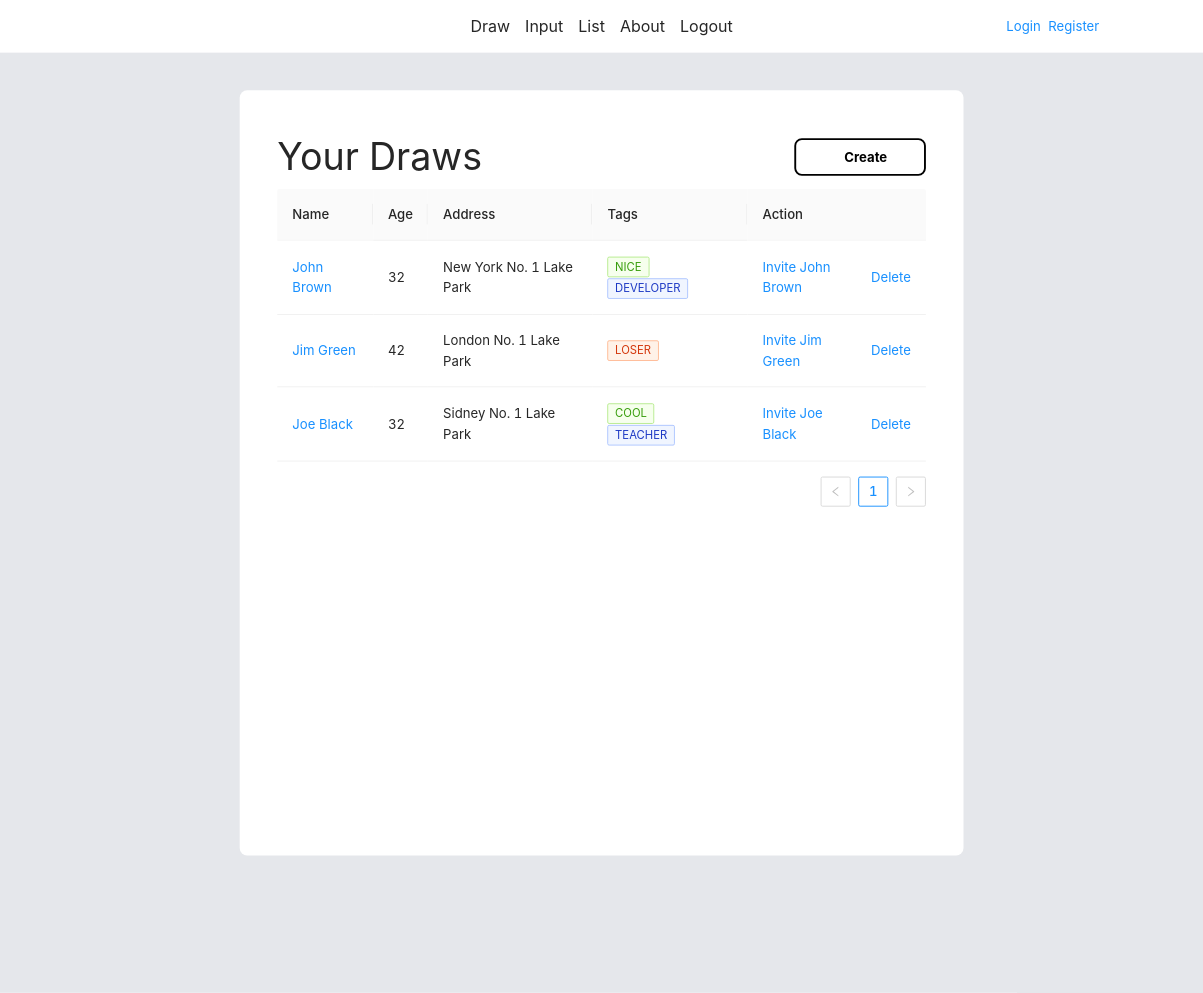
Repository: truongnguyenuit/DrawApp
Page: /draw/list (app in client/)
The author's editor kept a copy of each file at every save. The page is drawn from the files as they stood at one save, then again after the next save.
The browser window is 1280 px wide. The pictures show the whole page, at 94% of full size.
The page's requests for data from a server got no answer. The project was rebuilt for these pictures with package versions that can differ from the ones it lists, and the page was loaded fresh each time. The framework's server and built-in components were replaced by stand-ins that run in the browser. No one was signed in, and anything a server would have sent is missing. Also part of the build but not shown: client/next.config.js.

Above is the page before, as saved 2022-08-20 17:03:15.

After the next save:
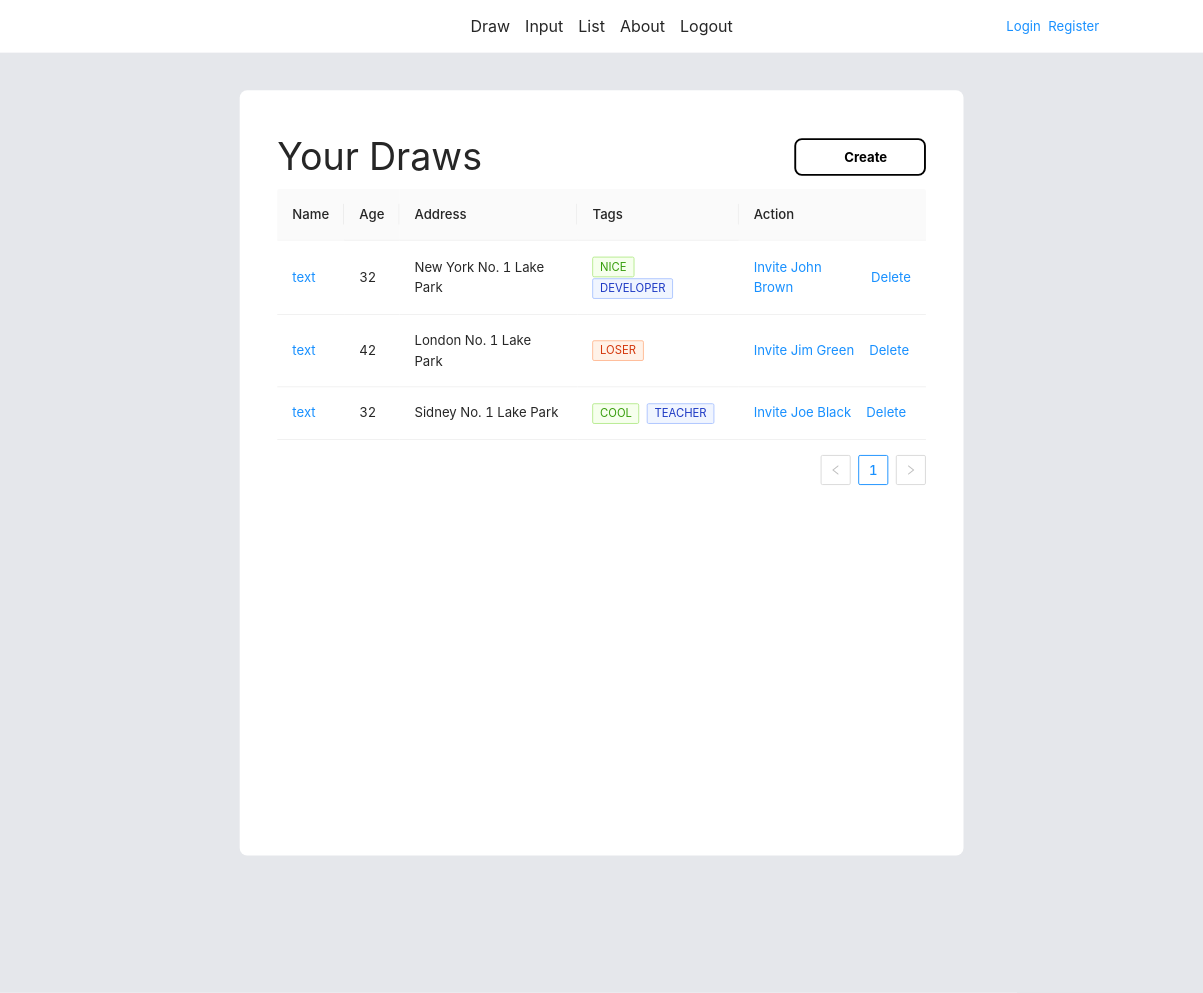
Saved 21 s later.
--- a/client/pages/draw/list.js
+++ b/client/pages/draw/list.js
@@ -6,7 +6,7 @@
     title: 'Name',
     dataIndex: 'name',
     key: 'name',
-    render: (text) => <a>{text}</a>,
+    render: (text) => <a>{'text'}</a>,
   },
   {
     title: 'Age',

After the 2 saves that followed:
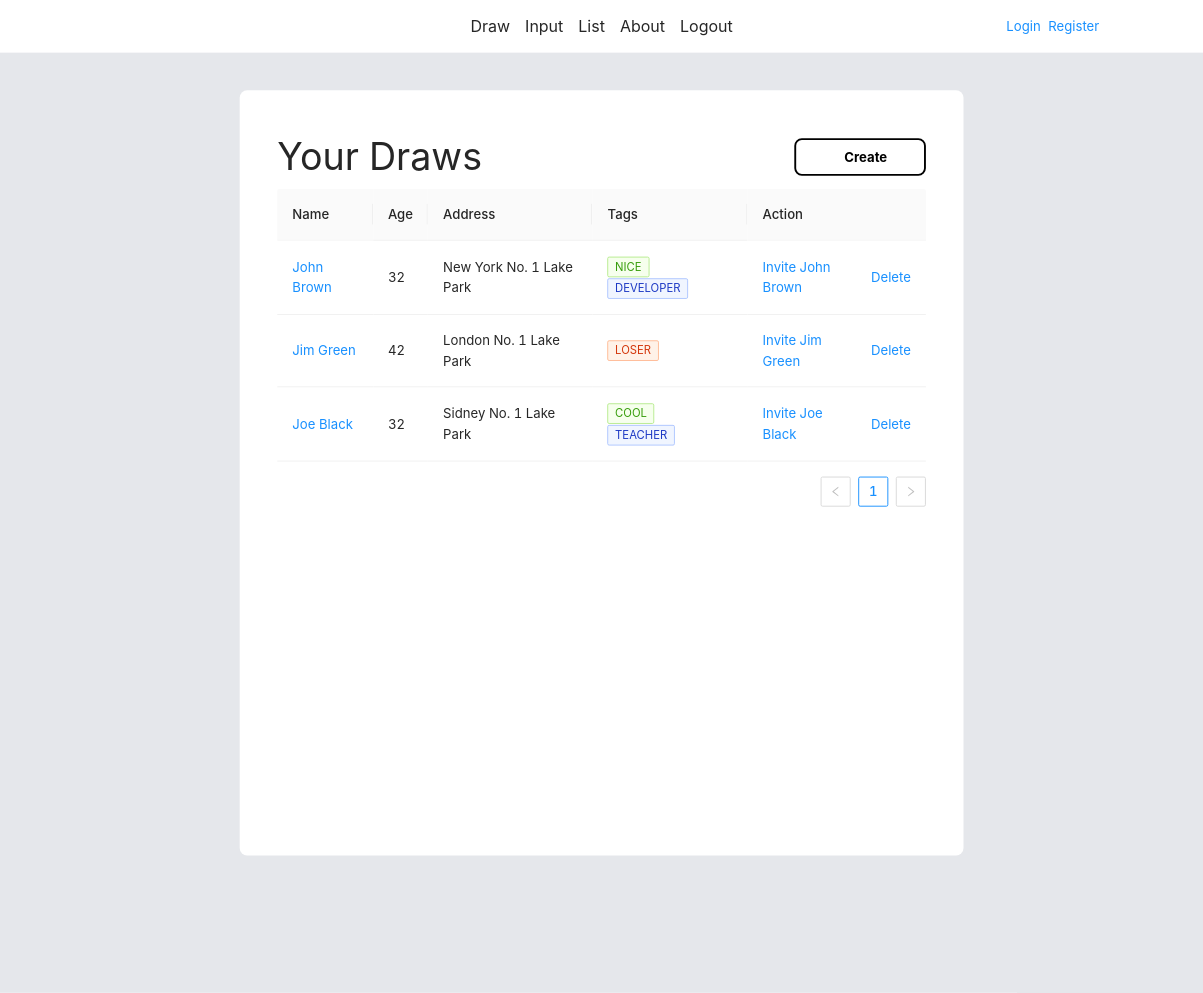
The 2 saves are shown as one change because they came seconds apart.
The last was saved 14 s later.
--- a/client/pages/draw/list.js
+++ b/client/pages/draw/list.js
@@ -6,7 +6,7 @@
     title: 'Name',
     dataIndex: 'name',
     key: 'name',
-    render: (text) => <a>{'text'}</a>,
+    render: (text) => <a>{text}</a>,
   },
   {
     title: 'Age',
